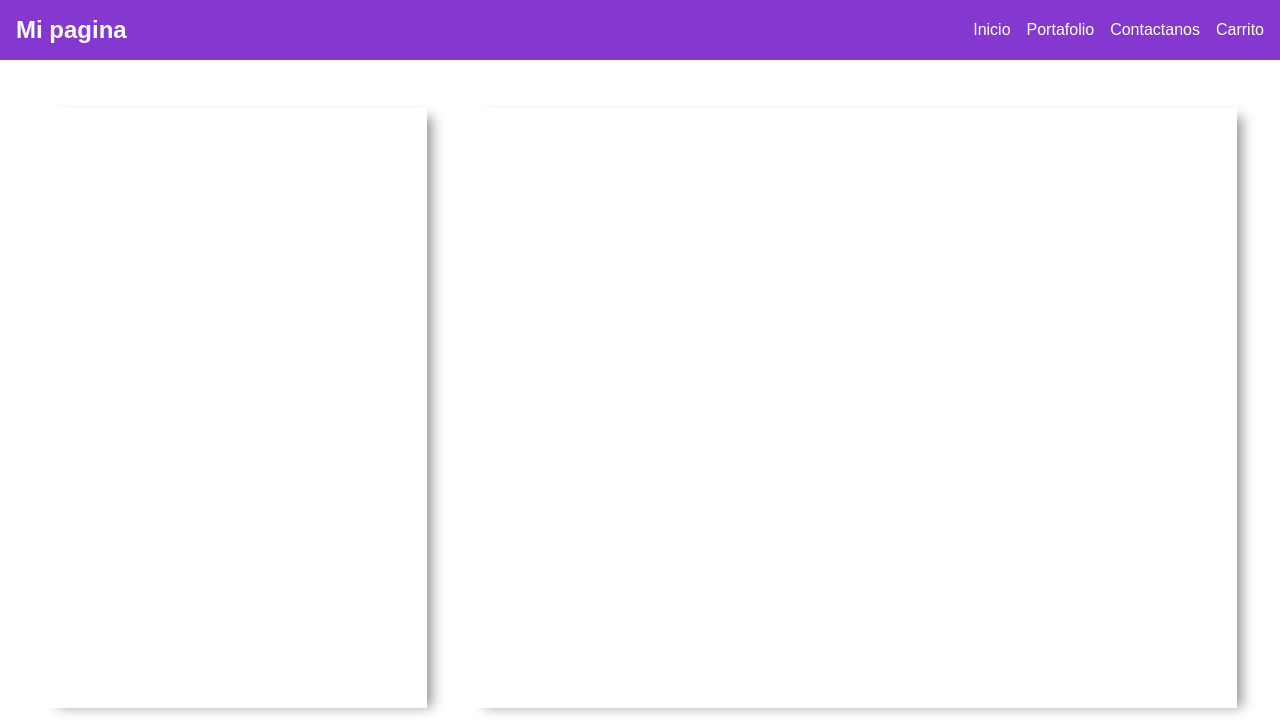
Repository: TzStrikerYT/Dise-o-web-NA00
Page: Proyecto-01/index.html
These files come from the project's save history. The page is drawn as it stood at one moment and after the next save; the edit follows.
The browser window is 1280 px wide. The pictures show the whole page.

Above is the page before, as saved 2024-08-21 21:24:38.

After the next save:
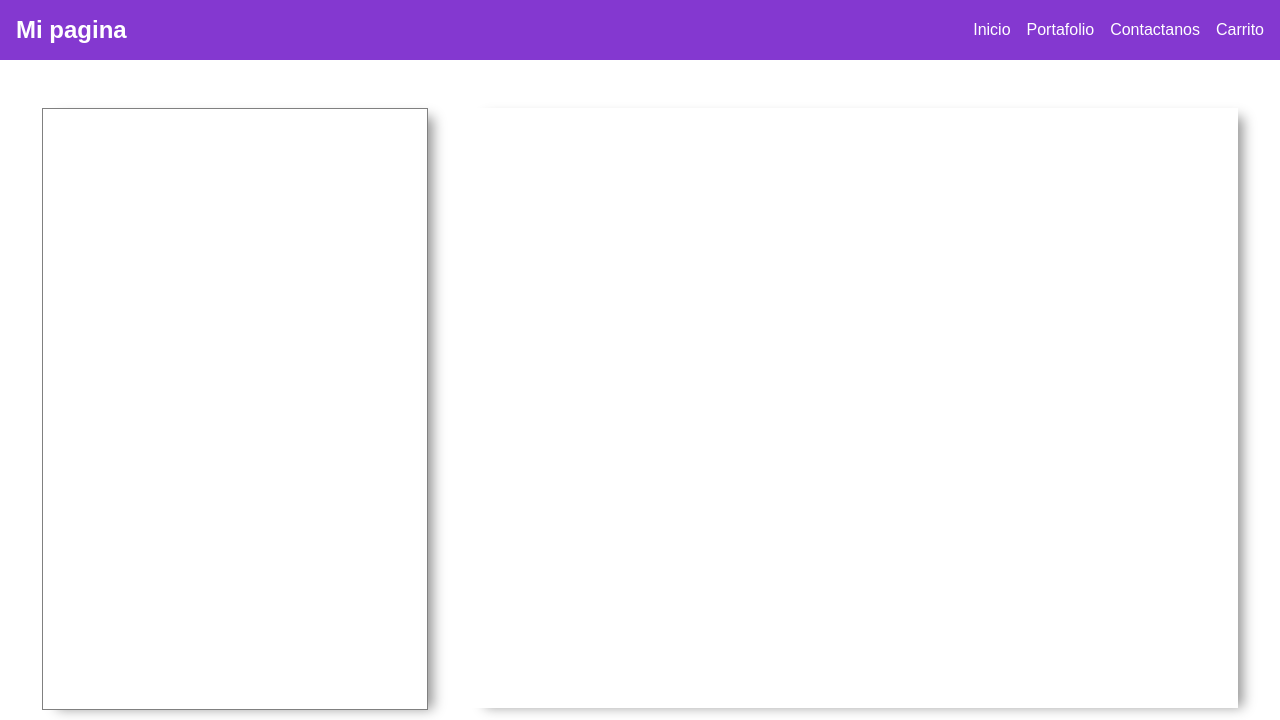
Saved 27 s later.
--- a/Proyecto-01/style.css
+++ b/Proyecto-01/style.css
@@ -37,6 +37,7 @@
 .info {
     width: 30%;
     height: 600px;
+    border: solid gray 1px;
     box-shadow: 10px 4px 12px -5px rgba(0,0,0,0.42);
 }
 
